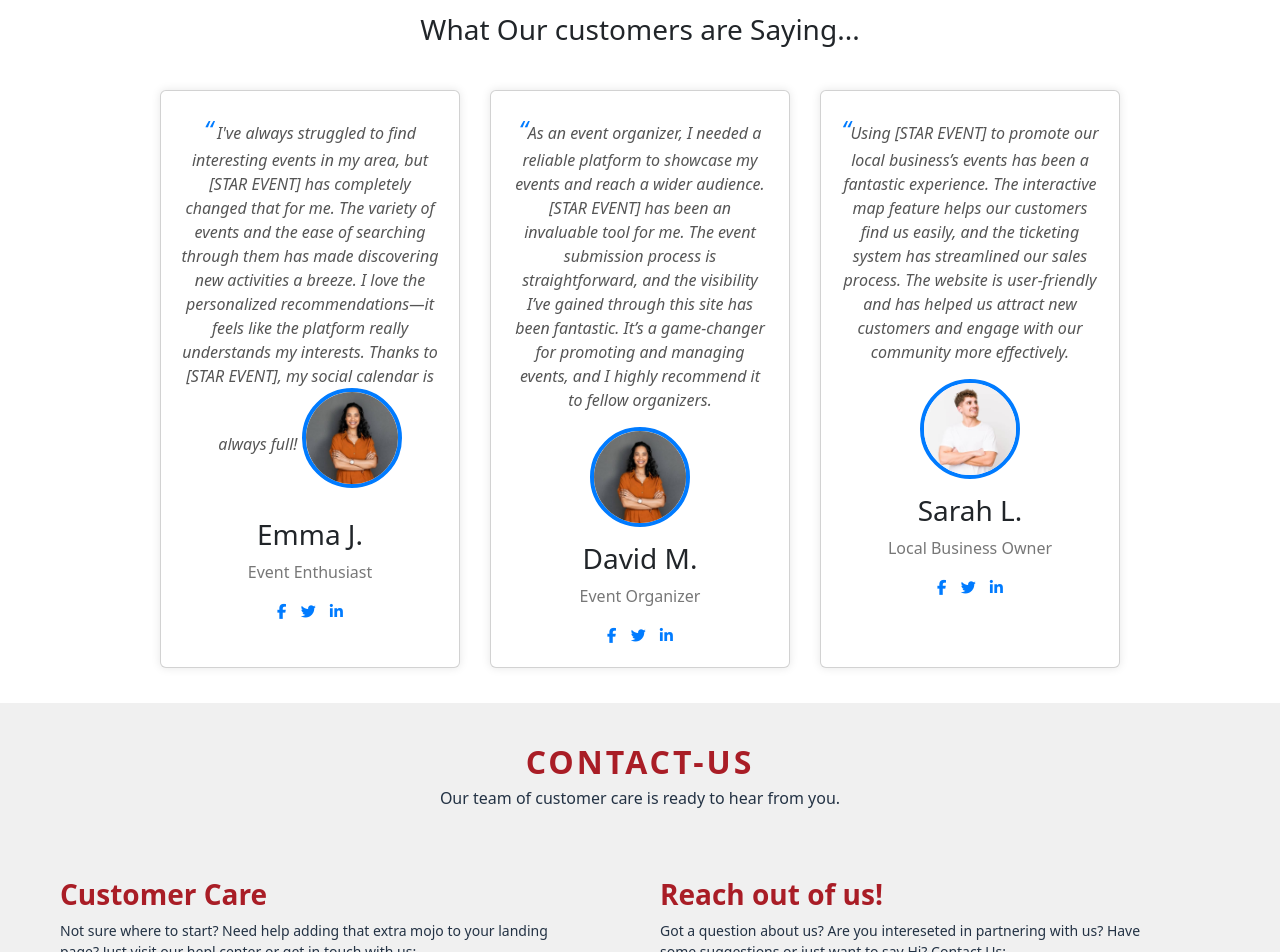
Repository: SharonSebastian32/Event-Management-System-
Page: index.html
An editor plug-in stored every save of this project. The page is shown before and after a run of saves, followed by the edit.
The browser window is 1280 px wide. The pictures show the part of the page from y = 4373 to 5325 px (the page is 8723 px tall).
A picture or video elsewhere on the page could not be fetched, so the positions and the page height are approximate. Some web libraries are served in a nearby version.

Above is the page before, as saved 2024-09-07 09:41:30.
Not found: assets/css/ContactUs.css

After the next 2 saves:
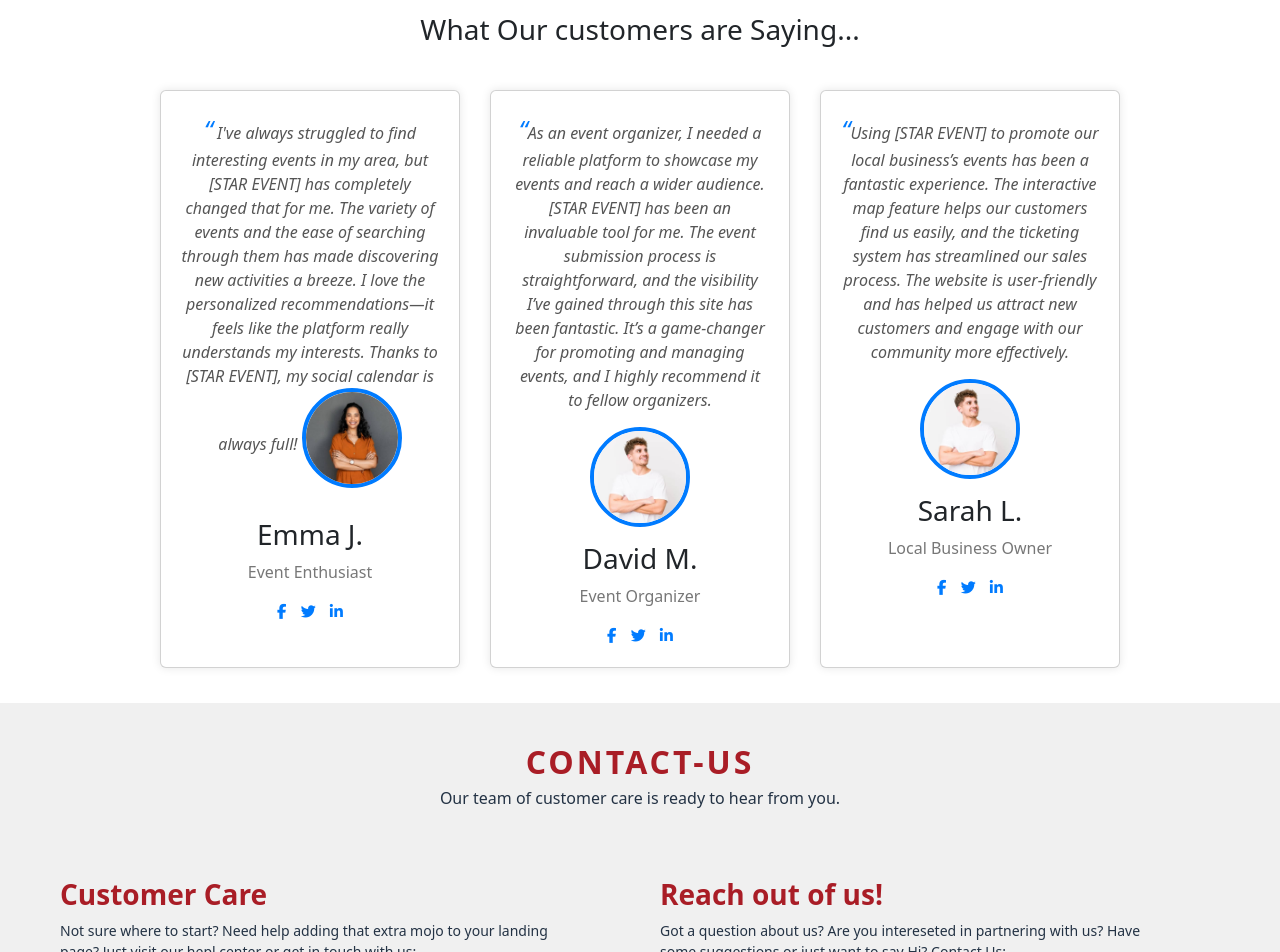
The 2 saves are shown as one change because they came seconds apart.
The last was saved 8 s later.
--- a/index.html
+++ b/index.html
@@ -213,7 +213,7 @@
             has been fantastic. It’s a game-changer for promoting and managing
             events, and I highly recommend it to fellow organizers.
           </p>
-          <img src="./Assets/images/img4.jpg" class="profile" alt="David M." />
+          <img src="./Assets/images/img3.jpg" class="profile" alt="David M." />
           <h3>David M.</h3>
           <p class="role">Event Organizer</p>
           <div class="social-icons">
